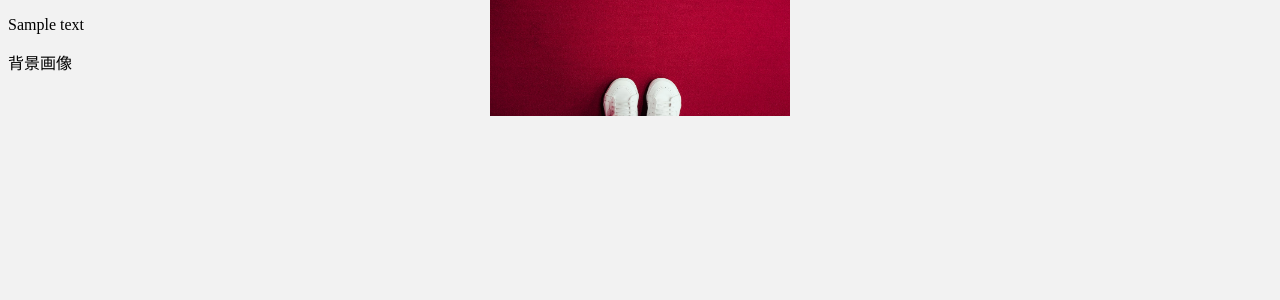
Repository: 9136424556/todo01
Page: coachtech/html-css/indexNO8.html
These files come from the project's save history. The page is drawn as it stood at one moment and after the next save; the edit follows.
The browser window is 1280 px wide. The pictures show the whole page.
Some web fonts or font styles are not loaded; a fallback is used.

Above is the page before, as saved 2023-11-27 08:46:30.

After the next save:
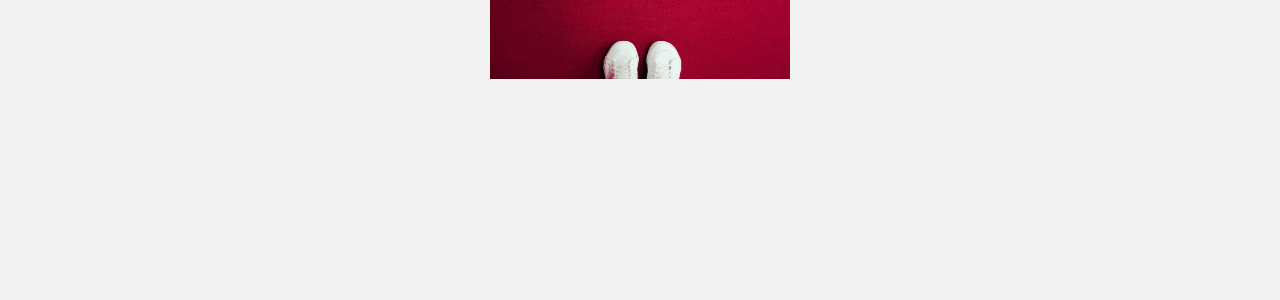
Saved 5 min 2 s later.
--- a/coachtech/html-css/indexNO8.html
+++ b/coachtech/html-css/indexNO8.html
@@ -11,7 +11,6 @@
   <!--追加-->
 </head>
 <body>
-    <p>Sample text</p>
-    <div>背景画像</div>
+    <div class="bg"></div>
 </body>
 </html>
